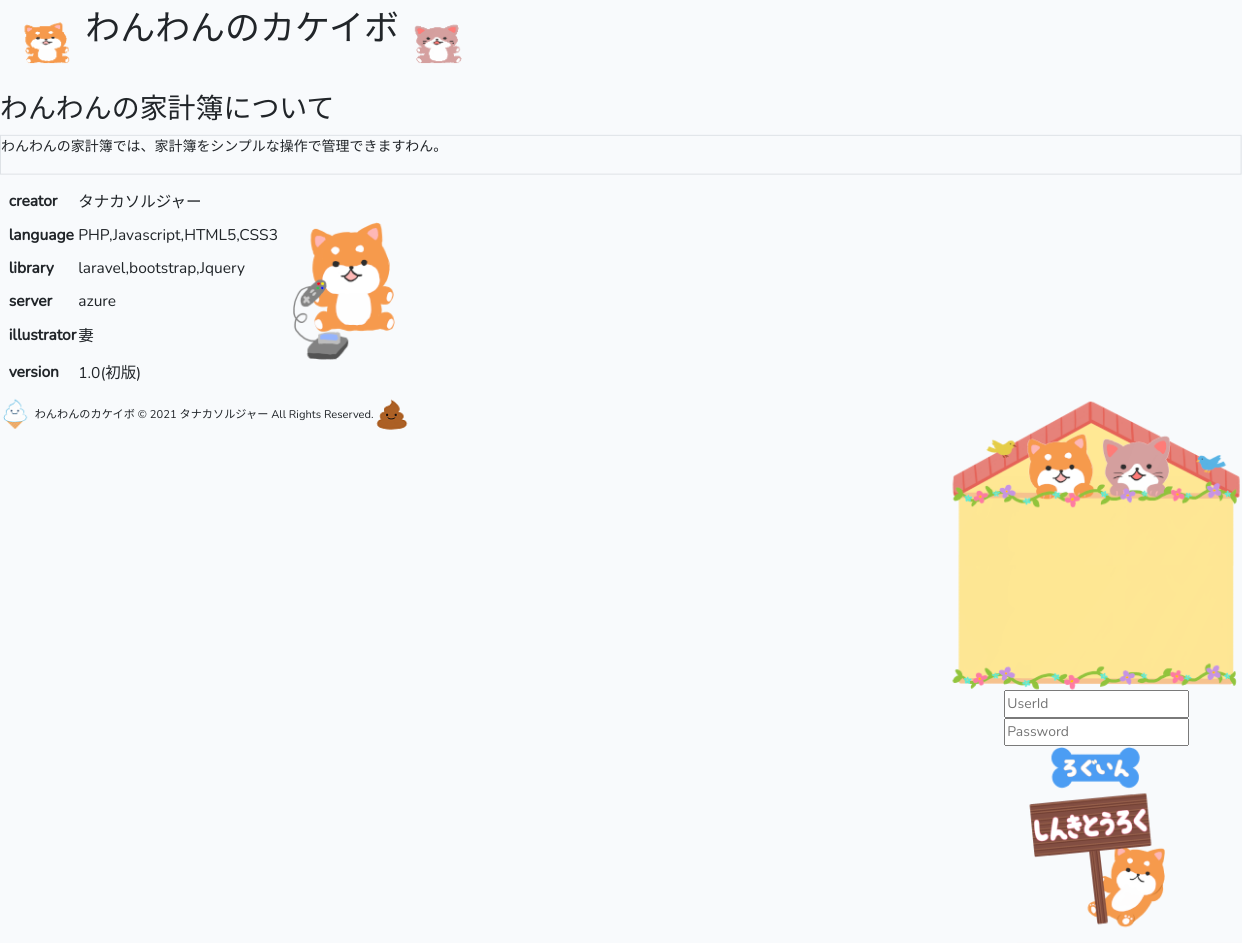
Repository: tatsuya-tanaka27/wanwannokakeibo
Page: http://localhost/wanwannokakeibo/login
These files come from the project's save history. The page is drawn as it stood at one moment and after the next save; the edit follows.
The browser window is 1280 px wide. The pictures show the whole page, at 97% of full size.
Some web fonts or font styles are not loaded; a fallback is used. The page is served by the project's Laravel application, run on PHP 8.4 with Laravel 8. Other server files are loaded and not shown.

Above is the page before, as saved 2021-03-06 13:15:11.
Console error: ReferenceError: $ is not defined

### laravelapp/routes/web.php
<?php

use Illuminate\Support\Facades\Route;
use App\Http\Controllers\IndexController;
use App\Http\Controllers\LoginController;

/*
|--------------------------------------------------------------------------
| Web Routes
|--------------------------------------------------------------------------
|
| Here is where you can register web routes for your application. These
| routes are loaded by the RouteServiceProvider within a group which
| contains the "web" middleware group. Now create something great!
|
*/


Route::get('/', function () { return view('welcome');});
//Route::get('/wanwannokakeibo/index', 'IndexController@index');
Route::get('wanwannokakeibo/index', [IndexController::class, 'index']);
Route::post('wanwannokakeibo/index', [IndexController::class, 'post']);
Route::get('wanwannokakeibo/login', [LoginController::class, 'index']);
Route::post('wanwannokakeibo/login', [LoginController::class, 'post']);

Auth::routes();

Route::get('/home', [App\Http\Controllers\HomeController::class, 'index'])->name('home');

### laravelapp/app/Http/Controllers/LoginController.php
<?php

namespace App\Http\Controllers;

use Illuminate\Http\Request;
use Illuminate\Support\Facades\DB;

/**
 * ログインコントローラー
 * @author t_tanaka
 */
class LoginController extends Controller
{
    /**
    * ログイン初期表示
    *
    * @param Request $request リクエストパラメーター
    * @return ログイン画面にリダイレクト
    */
    public function index(Request $request)
    {
        return view('kakeibo.login');
    }

    /**
    * ログインポスト処理
    *
    * @param Request $request リクエストパラメーター
    * @return トップ画面にリダイレクト
    */
    public function post(Request $request)
    {
        $user_id = $request->user_id;
        $password = $request->password;

        $userData = DB::table('kakeibo_users')
        ->whereRaw('user_id = ? and password = ?', [$user_id, $password])->get();
        return view('kakeibo.index', ['userData' => $userData]);
    }

}

### laravelapp/resources/views/kakeibo/login.blade.php
@extends('layouts.base2')

@section('title', 'わんわんの家計簿 トップ')

@section('content')
    <h2 id="login-h2" class="h2" align="left">
		わんわんの家計簿について
	</h2>
	<fieldset class="border">
		<p>
			わんわんの家計簿では、家計簿をシンプルな操作で管理できますわん。
		</p>
	</fieldset>
	<div id="summary-area" class="d-flex p-2 bd-highlight">
		<table id="summary-table">
			<tr>
				<th>creator</th>
                <td>タナカソルジャー</td>
			</tr>
			<tr>
				<th>language</th>
				<td>PHP,Javascript,HTML5,CSS3</td>
			</tr>
			<tr>
				<th>library</th>
				<td>laravel,bootstrap,Jquery</td>
			</tr>
			<tr>
				<th>server</th>
				<td>azure</td>
			</tr>
			<tr>
				<th>illustrator</th>
				<td>妻</td>
			</tr>
			<tr>
				<th>version</th>
				<td>1.0(初版)</td>
			</tr>
		</table>
		<div>
			<span></span>
			<a href="https://wanwannogame.web.app/wanwannogame/index.html">
				<img src="/images/game150.PNG" alt="わんわんのゲーム" />
			</a>
		</div>
	</div>
	<div id="login-area">
		<div id="login-fome-area" class="float-right">
			<img class="img-fluid" src="/images/loginhome300.PNG" alt="ログインの家"	/>
			<form id="login-form" class="text-center container" action="/wanwannokakeibo/login" method="post">
                @csrf
				<div id="login-input">
					<input id="login-un" type="text" align="center"	placeholder="UserId" name="user_id"/>
					<br />
					<input id="login-pass" type="password" align="center" placeholder="Password" name="password" />
					<br />
                    <input id="login-submit" type="image" class="img-fluid" src="/images/login100.PNG" name="login" alt="ログイン">
					<br />
					<a href="userRegistration.html">
						<img class="img-fluid" src="/images/shinkitoroku150.PNG" alt="しんきとうろく" />
					</a>
				</div>
			</form>
		</div>
    </div>
@endsection

### laravelapp/resources/views/layouts/base2.blade.php
<html>
    <head>
        <meta charset="utf-8" />
		<meta name="viewport" content="width=device-width, initial-scale=1, shrink-to-fit=no" />
		<link href="https://fonts.googleapis.com/earlyaccess/nicomoji.css" rel="stylesheet"	/>
		<link rel="shortcut icon" href="{{ asset('/favicon.ico') }}" type="image/vnd.microsoft.icon" />
        <link href="../../css/app.css" rel="stylesheet">
		<link href="../../css/style.css') }}" rel="stylesheet" />
		<link href="../../css/kakeibo.css') }}" rel="stylesheet" />
        <script src="../../js/app.js') }}"></script>
        <title>@yield('title')</title>
    </head>
    <body>
        <section id="header-area">
		    <header class="d-flex p-2 bd-highlight">
			    <img class="img-fluid" src="/images/inu80.png" alt="わんわん" />
			    <h1 class="h1 wf-nicomoji">わんわんのカケイボ</h1>
			    <img class="img-fluid" src="/images/neko80.png" alt="にゃんにゃん"	/>
    		</header>
    	</section>
        <section>
            <main>
                @yield('content')
            </main>
        </section>
        <section id="footer-area">
			<footer>
				<img class="img-fluid" src="/images/softcream32.png" alt="そふとくん" />
				<small>
					わんわんのカケイボ © 2021 タナカソルジャー All Rights Reserved.
				</small>
				<img class="img-fluid" src="/images/unchi32.png" alt="うんちくん" />
			</footer>
		</section>
        <script type="text/javascript" src="/js/kakeibo.js"></script>
    </body>
</html>

### laravelapp/public/js/kakeibo.js
window.onload = function() {

};

$(function(){
 $('#inputArea').width($('#inputTable').width());
 $('#listArea').width($('#listTable').width());
});

### laravelapp/public/css/style.css
@charset "UTF-8";
/* 外部スタイルと各画面共通用のスタイル */

/* 外部スタイル start */
.wf-nicomoji {
	font-family: "Nico Moji" !important;
}

/* 外部スタイル end */

/* 共通スタイル start */

html {
	width: 100%;
	height: 100%;
	font-family: sans-serif;
}

body {
	background-color: honeydew;
}

table {
	margin: 10px auto;
}

th {
	text-align: center;
	border: 1px black solid;
}

td {
	border: 1px black solid;
}

img {
	margin: 0px;
	padding: 0px;
}

a:hover {
	opacity: 0.7;
}

h1 {
	color: pink !important;
}

#top-link-title:hover {
	opacity: 0.5;
	cursor: pointer;
}

#wrapper {
}

main {
}

#header-area {
	background-color: lightcyan;
}

header {
	width: 100%;
}

header img {
	margin-top: -15px;
}

#user-area {
	margin: 0px !important;
	padding: 0px !important;
}

#footer-area {
	background-color: lightgreen;
	text-align: center;
}

small {
	color: gray;
}

.ma {
	margin: auto;
}

.cb {
	/* floatを解除 */
	clear: both;
}

.ts {
	text-align: center;
}

/* 共通スタイル end */

/* ハンバーガーメニュー用のスタイル start */

.menu-btn {
	position: fixed;
	top: 10px;
	right: 10px;
	display: flex;
	height: 60px;
	width: 60px;
	justify-content: center;
	align-items: center;
	z-index: 90;
	background-color: #3584bb;
}
.menu-btn span,
.menu-btn span:before,
.menu-btn span:after {
	content: "";
	display: block;
	height: 3px;
	width: 25px;
	border-radius: 3px;
	background-color: #ffffff;
	position: absolute;
}
.menu-btn span:before {
	bottom: 8px;
}
.menu-btn span:after {
	top: 8px;
}

#menu-btn-check:checked ~ .menu-btn span {
	background-color: rgba(
		255,
		255,
		255,
		0
	); /*メニューオープン時は真ん中の線を透明にする*/
}
#menu-btn-check:checked ~ .menu-btn span::before {
	bottom: 0;
	transform: rotate(45deg);
}
#menu-btn-check:checked ~ .menu-btn span::after {
	top: 0;
	transform: rotate(-45deg);
}

#menu-btn-check {
	display: none;
}

.menu-content {
	width: 20%;
	height: 100%;
	position: fixed;
	top: 0;
	right: 0; /*rightの値を変更してメニューを画面外へ*/
	z-index: 80;
	background-color: #3584bb;
	transition: all 0.5s; /*アニメーション設定*/
	display: none;
}
.menu-content ul {
	padding: 70px 10px 0;
}
.menu-content ul li {
	border-bottom: solid 1px #ffffff;
	list-style: none;
}
.menu-content ul li a {
	display: block;
	width: 100%;
	font-size: 15px;
	box-sizing: border-box;
	color: #ffffff;
	text-decoration: none;
	padding: 9px 15px 10px 0;
	position: relative;
}
.menu-content ul li a::before {
	content: "";
	width: 7px;
	height: 7px;
	border-top: solid 2px #ffffff;
	border-right: solid 2px #ffffff;
	transform: rotate(45deg);
	position: absolute;
	right: 11px;
	top: 16px;
}

#menu-btn-check:checked ~ .menu-content {
	display: block;
}

/* ハンバーガーメニュー用のスタイル end */

/* レスポンシブ用のスタイル start */

/* レスポンシブ用のスタイル end */

Loaded but not shown: laravelapp/app/Http/Controllers/Auth/ConfirmPasswordController.php (common file); laravelapp/app/Http/Controllers/Controller.php (common file); laravelapp/public/css/app.css (library)

After the next save:
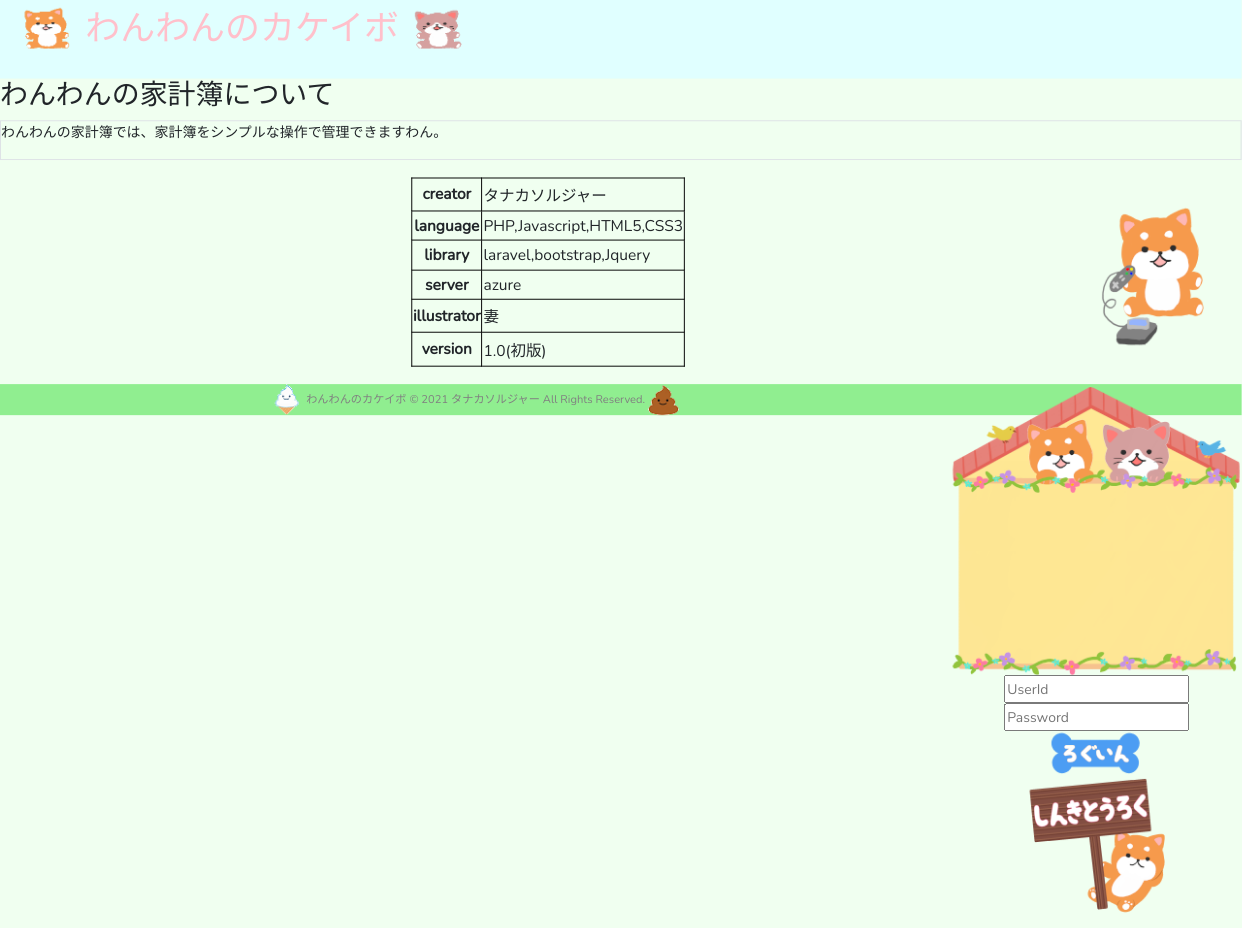
Saved 5 s later.
--- a/laravelapp/resources/views/layouts/base2.blade.php
+++ b/laravelapp/resources/views/layouts/base2.blade.php
@@ -5,7 +5,7 @@
 		<link href="https://fonts.googleapis.com/earlyaccess/nicomoji.css" rel="stylesheet"	/>
 		<link rel="shortcut icon" href="{{ asset('/favicon.ico') }}" type="image/vnd.microsoft.icon" />
         <link href="../../css/app.css" rel="stylesheet">
-		<link href="../../css/style.css') }}" rel="stylesheet" />
+		<link href="../../css/style.css" rel="stylesheet" />
 		<link href="../../css/kakeibo.css') }}" rel="stylesheet" />
         <script src="../../js/app.js') }}"></script>
         <title>@yield('title')</title>
